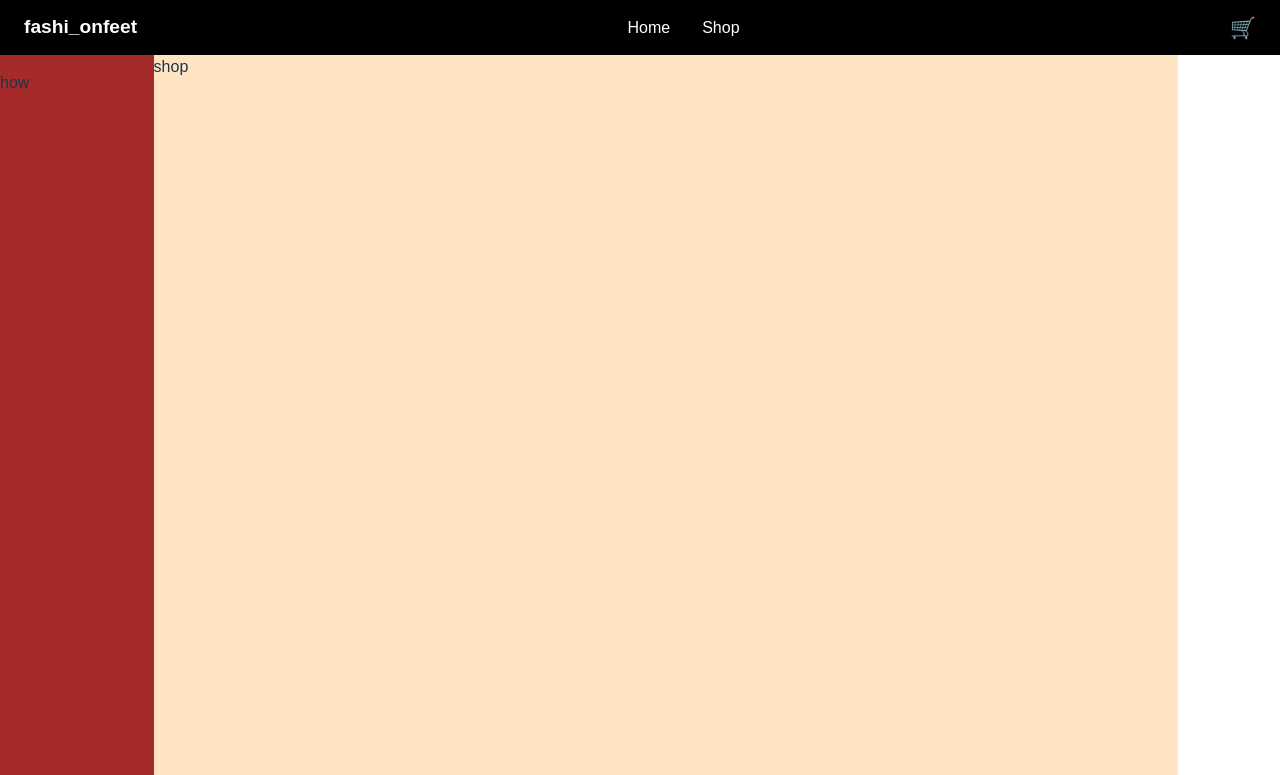
Repository: EphrahimLaanyu123/fashi_onfeet
Page: /shop
An editor plug-in stored every save of this project. The page is shown before and after a run of saves, followed by the edit.
The browser window is 1280 px wide. The pictures show the whole page.
The project was rebuilt for these pictures with package versions that can differ from the ones it lists, and the page was loaded fresh each time. Also part of the build but not shown: vite.config.js, src/Home/Home.jsx, src/Home/components/Products.css, src/Home/components/Products.jsx, src/Shop/components/supabaseClient.js, src/Shop/components/AddForm.css, src/Shop/components/AddProductForm.jsx.

Above is the page before, as saved 2025-04-18 20:38:40.

After the next 2 saves:
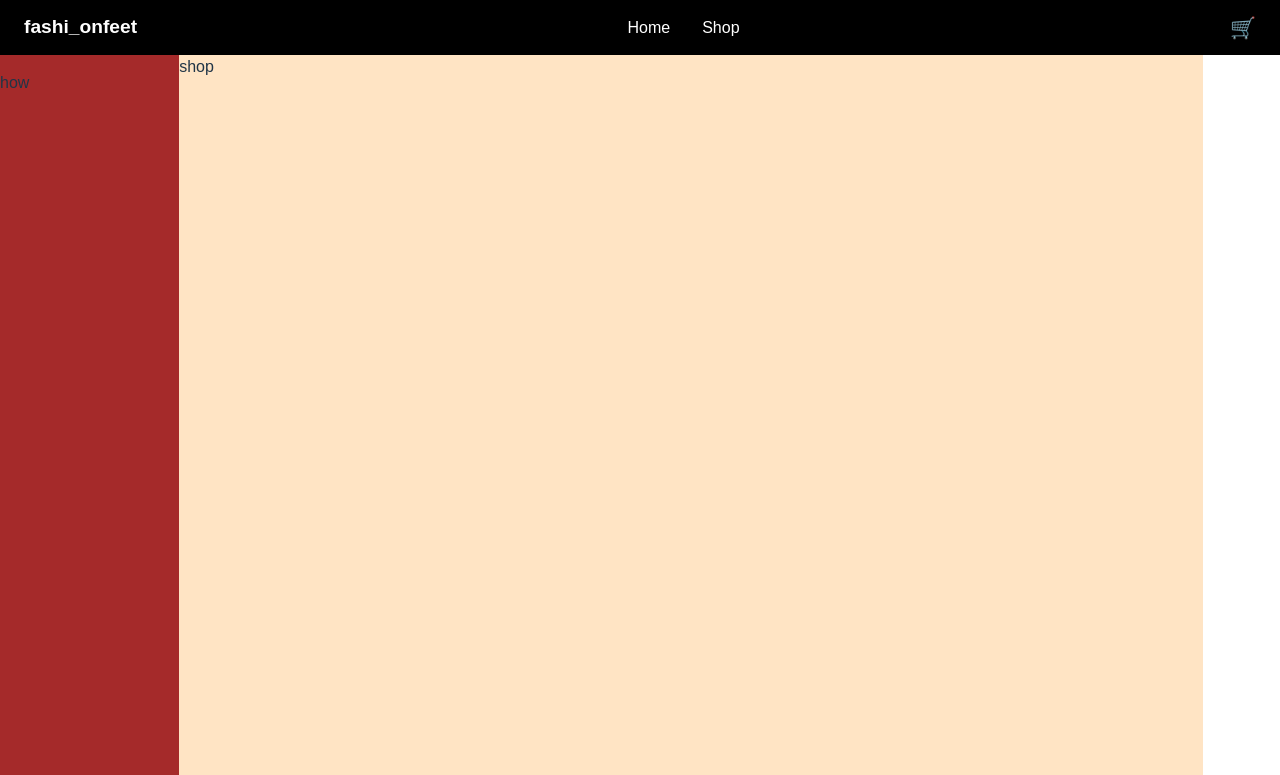
The 2 saves are shown as one change because they came seconds apart.
The last was saved 16 s later.
--- a/src/Shop/Shop.css
+++ b/src/Shop/Shop.css
@@ -14,7 +14,7 @@ body, html {
 }
 
 .sidebar {
-    width: 12%;
+    width: 14%;
     min-height: 100vh;
     background-color: brown;
 }
